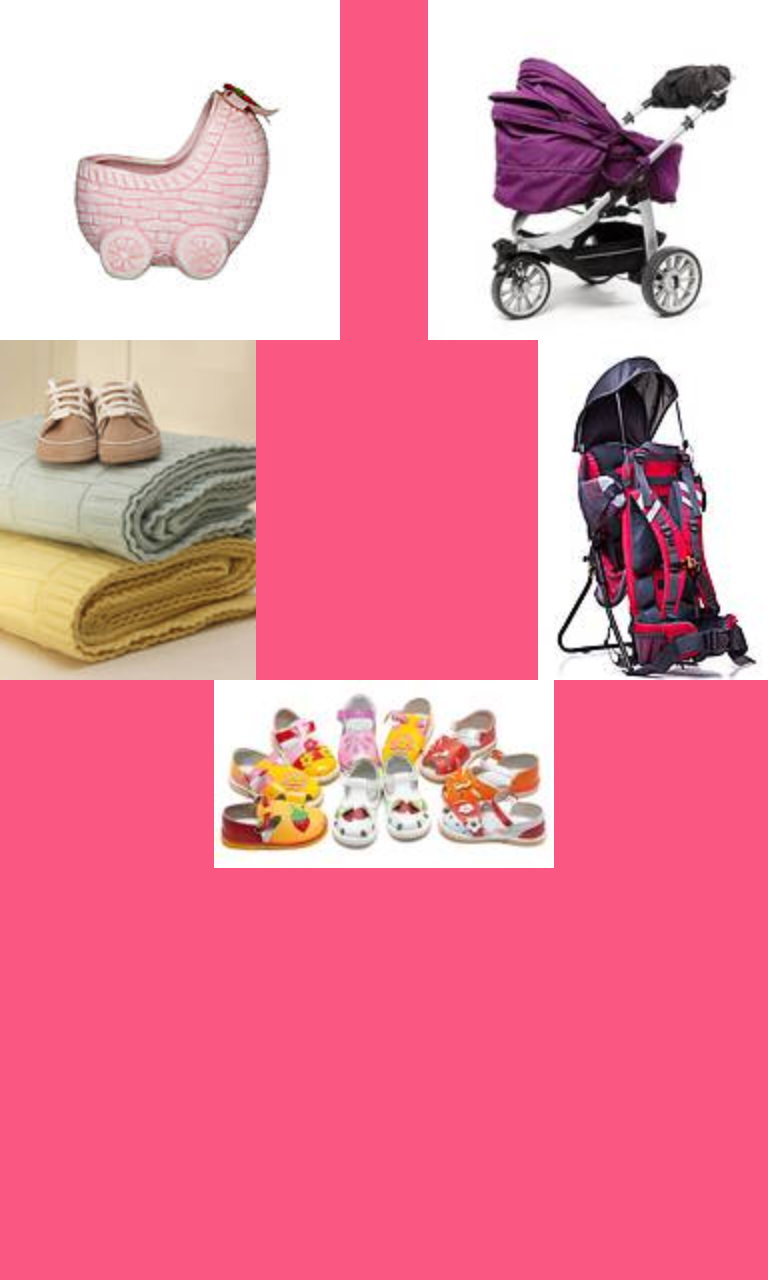
Repository: Clarenaliaka/code-challenge
Layout: ModernMum/res/layout/advert.xml
An editor plug-in stored every save of this project. The layout is shown before and after the next save, followed by the edit.
It is drawn on a 768 x 1280 px phone screen (xhdpi) without system bars, with theme AppTheme; the app's code is not run.

Above is the layout before, as saved 2014-08-01 16:34:16.

After the next save:
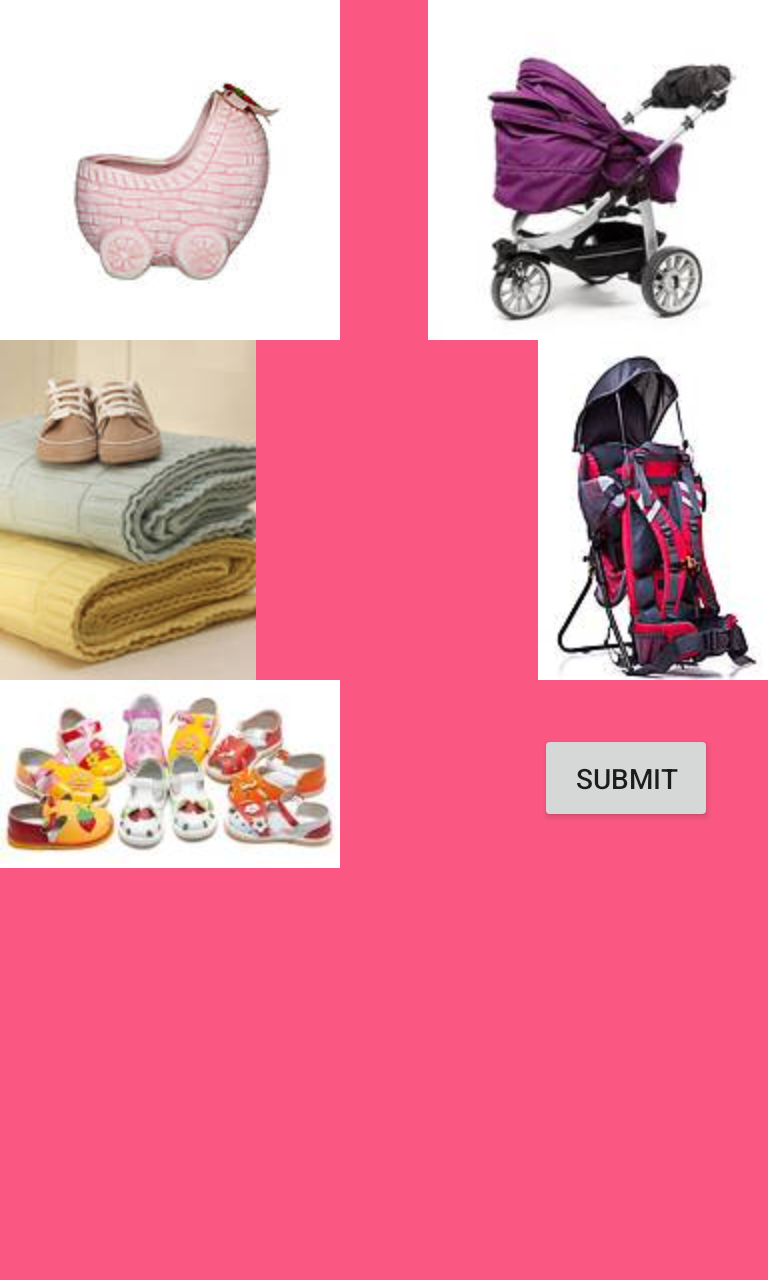
Saved 20 h 59 min later.
--- a/ModernMum/res/layout/advert.xml
+++ b/ModernMum/res/layout/advert.xml
@@ -34,15 +34,6 @@
          />
 
      <ImageButton
-         android:id="@+id/ibsa"
-         android:layout_width="wrap_content"
-         android:layout_height="wrap_content"
-         android:layout_below="@+id/ibnipo"
-         android:layout_centerHorizontal="true"
-         android:background="@null"
-         android:src="@drawable/sa" />
-
-     <ImageButton
          android:id="@+id/ibca"
          android:layout_width="wrap_content"
          android:layout_height="wrap_content"
@@ -51,4 +42,22 @@
          android:background="@null"
          android:src="@drawable/ca" />
 
+     <ImageButton
+         android:id="@+id/ibsa"
+         android:layout_width="wrap_content"
+         android:layout_height="wrap_content"
+         android:layout_alignParentLeft="true"
+         android:layout_below="@+id/ibnipo"
+         android:background="@null"
+         android:src="@drawable/sa" />
+
+     <Button
+         android:id="@+id/btnadsubmit"
+         android:layout_width="wrap_content"
+         android:layout_height="wrap_content"
+         android:layout_alignBottom="@+id/ibsa"
+         android:layout_alignLeft="@+id/ibca"
+         android:layout_marginBottom="21dp"
+         android:text="@string/btnsubmit" />
+
 </RelativeLayout>
